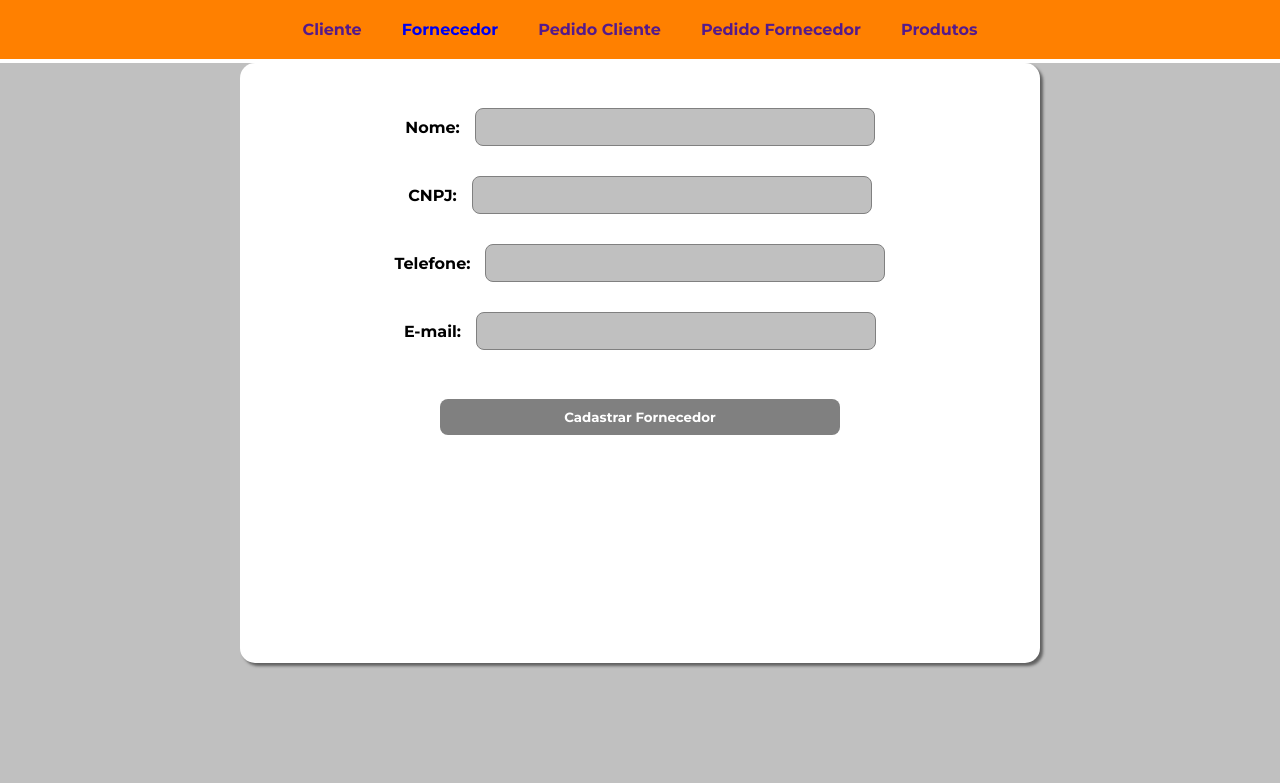
Repository: walterdmp/JavaWeb_BartoBotinas
Page: http://localhost/BartoBotinas/cadastrarFornecedor.jsp
An editor plug-in stored every save of this project. The page is shown before and after the next save, followed by the edit.
The browser window is 1280 px wide. The pictures show the whole page.
The page is served by Tomcat 9.

Above is the page before, as saved 2024-07-30 18:14:22.

After the next save:
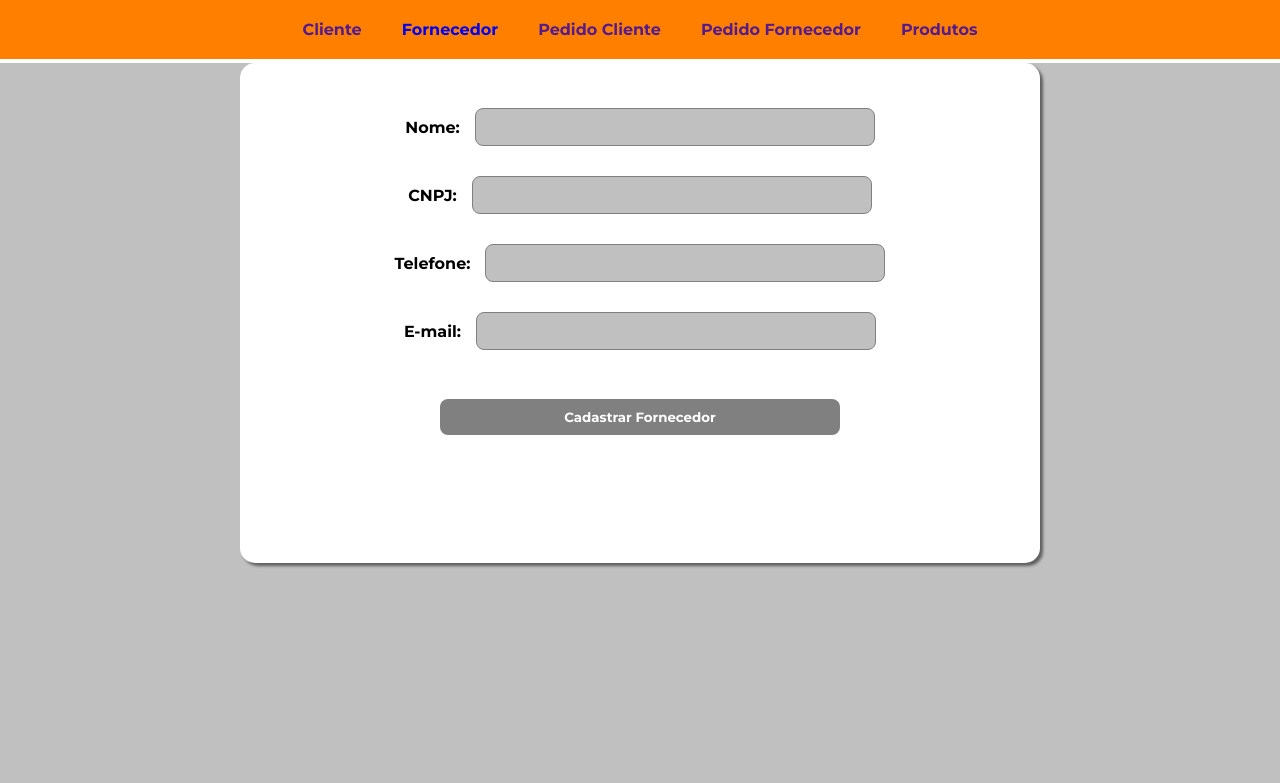
Saved 14 s later.
--- a/BartoBotinas/WebContent/css/estilo.css
+++ b/BartoBotinas/WebContent/css/estilo.css
@@ -40,7 +40,7 @@
 	flex-direction: column;
 	padding: 45px;
 	width: 800px;
-	height: 600px;
+	height: 500px;
 	background-color: white;
 	margin: 0 auto;
 	margin-top: 4px;
